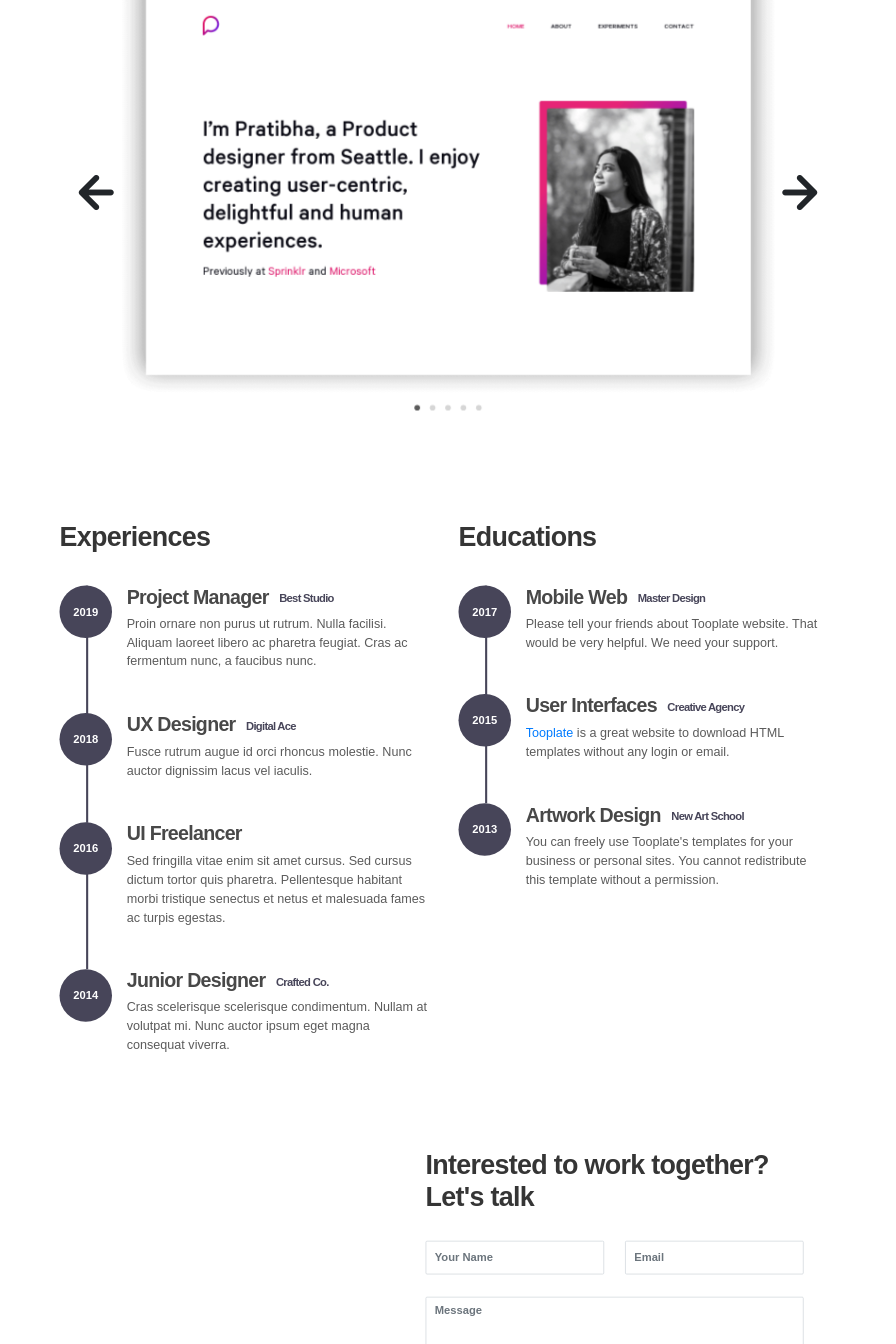
Repository: Tanmay-Kayande/Myportfolio
Page: http://localhost/myproject/
These files come from the project's save history. The page is drawn as it stood at one moment and after the next save; the edit follows.
The browser window is 1280 px wide. The pictures show the part of the page from y = 892 to 2812 px (the page is 3231 px tall before and 3172 px after), at 70% of full size.
Pictures or frames that could not be fetched are drawn as grey boxes. Some web fonts or font styles are not loaded; a fallback is used. The page is served by Tomcat 9.

Above is the page before, as saved 2024-01-24 05:45:39.

After the next save:
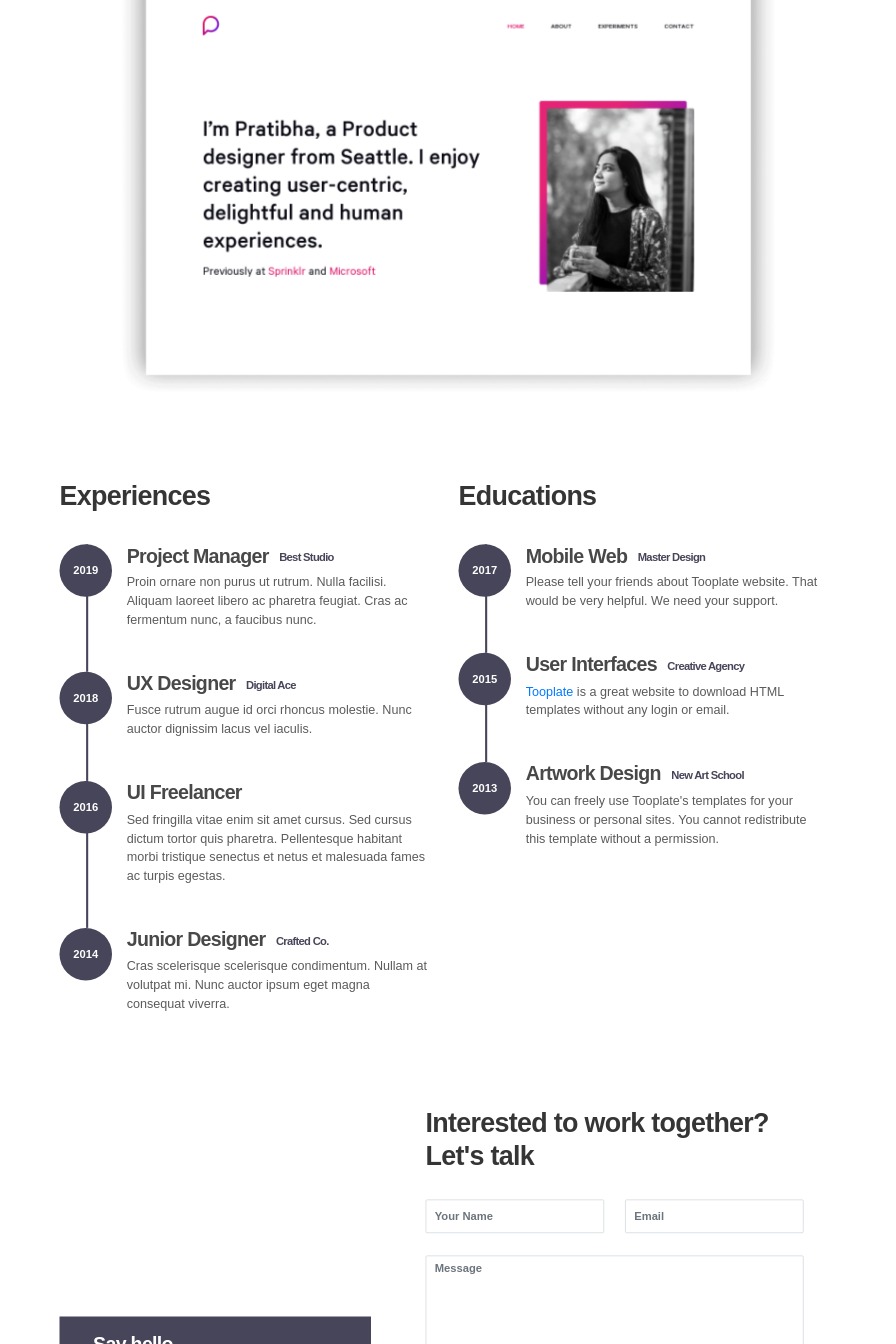
Saved 4 min 37 s later.
--- a/myproject/src/main/webapp/index.jsp
+++ b/myproject/src/main/webapp/index.jsp
@@ -117,30 +117,30 @@
                           </div>
                         </div>
 
+<!--                         <div class="item">
+                          <div class="project-info">
+                            <img src="images/project/project-image02.png" class="img-fluid" alt="project image">
+                          </div>
+                        </div>
+
                         <div class="item">
                           <div class="project-info">
-                            <img src="images/project/project-image02.png" class="img-fluid" alt="project image">
+                            <img src="images/project/project-image03.png" class="img-fluid" alt="project image">
                           </div>
                         </div>
 
                         <div class="item">
                           <div class="project-info">
-                            <img src="images/project/project-image03.png" class="img-fluid" alt="project image">
+                            <img src="images/project/project-image04.png" class="img-fluid" alt="project image">
                           </div>
                         </div>
 
                         <div class="item">
                           <div class="project-info">
-                            <img src="images/project/project-image04.png" class="img-fluid" alt="project image">
-                          </div>
-                        </div>
-
-                        <div class="item">
-                          <div class="project-info">
                             <img src="images/project/project-image05.png" class="img-fluid" alt="project image">
                           </div>
                         </div>
-                      </div>
+                      </div> -->
 
                   </div>
                 </div>

After the save that followed:
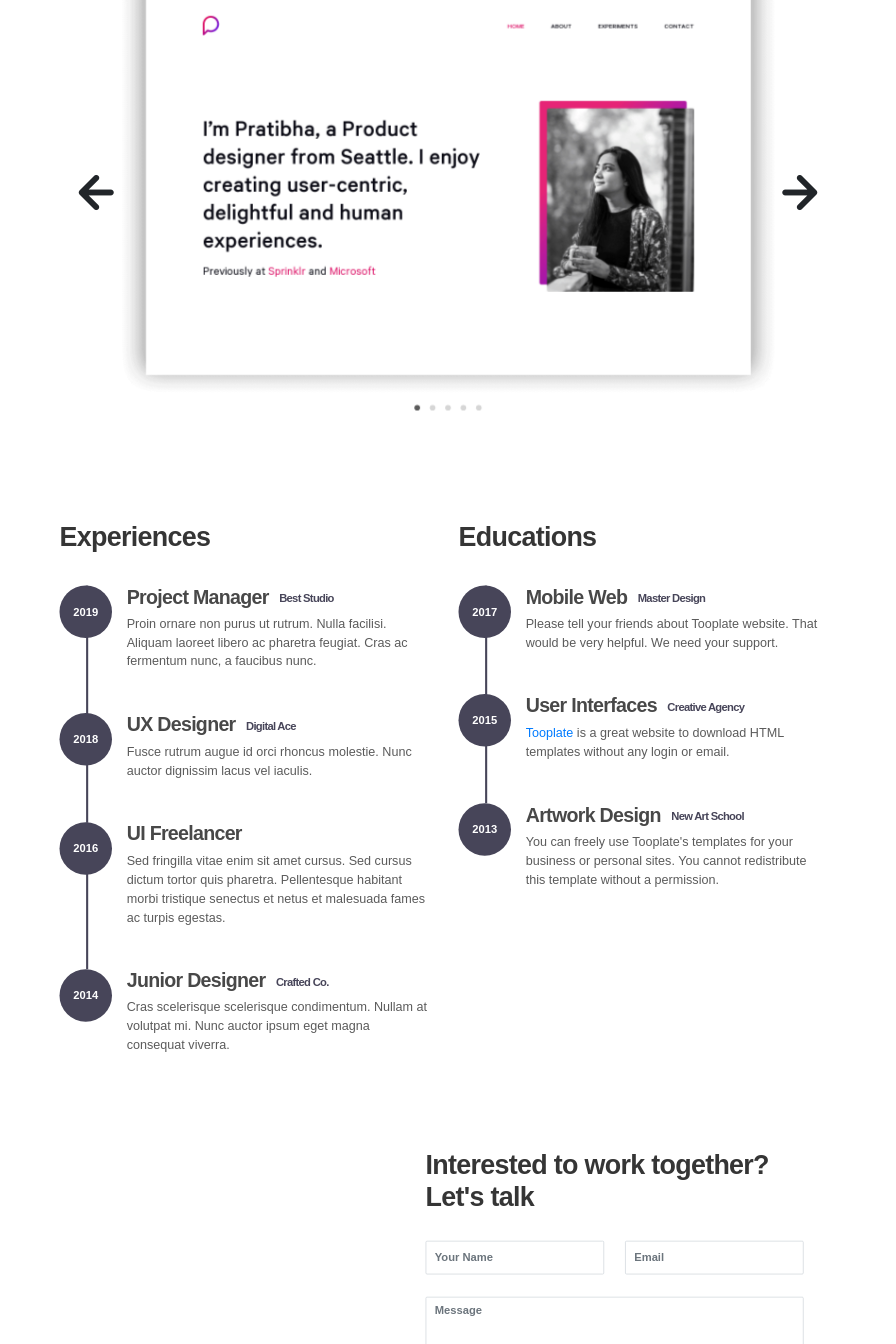
Saved 31 s later.
--- a/myproject/src/main/webapp/index.jsp
+++ b/myproject/src/main/webapp/index.jsp
@@ -117,7 +117,7 @@
                           </div>
                         </div>
 
-<!--                         <div class="item">
+                        <div class="item">
                           <div class="project-info">
                             <img src="images/project/project-image02.png" class="img-fluid" alt="project image">
                           </div>
@@ -140,7 +140,7 @@
                             <img src="images/project/project-image05.png" class="img-fluid" alt="project image">
                           </div>
                         </div>
-                      </div> -->
+                      </div>
 
                   </div>
                 </div>
